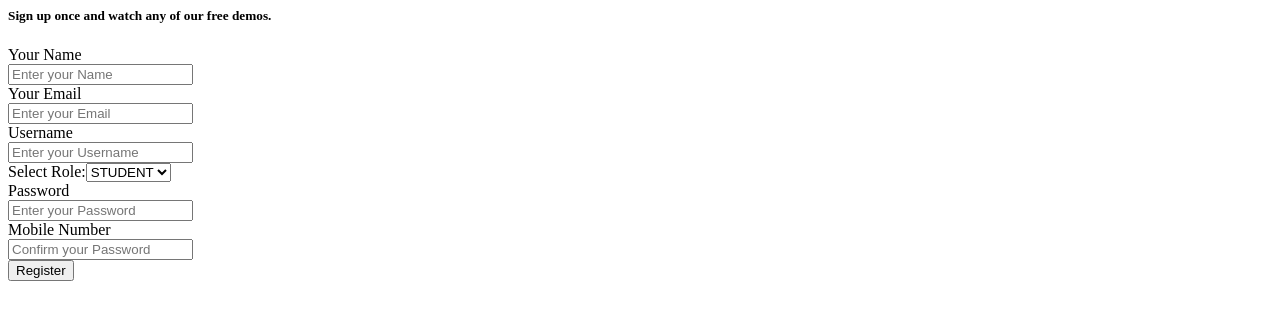
Repository: aneishkumar/AngularJS-Application
Page: Angularjs-Application-march16th/project2/WebContent/register.html
The author's editor kept a copy of each file at every save. The page is drawn from the files as they stood at one save, then again after the next save.
The browser window is 1280 px wide. The pictures show the whole page.

Above is the page before, as saved 2018-03-16 09:34:54.

### Angularjs-Application-march16th/project2/WebContent/register.html
<div class="container">
			<div class="row main">
				<div class="main-login main-center">
				<h5>Sign up once and watch any of our free demos.</h5>
					<form >

						<div class="form-group">
							<label for="name" class="cols-sm-2 control-label">Your Name</label>
							<div class="cols-sm-10">
								<div class="input-group">
									<span class="input-group-addon"><i class="fa fa-user fa" aria-hidden="true"></i></span>
									<input type="text" class="form-control" name="name" ng-model="user.name"  placeholder="Enter your Name"/>
								</div>
							</div>
						</div>

						<div class="form-group">
							<label for="email" class="cols-sm-2 control-label">Your Email</label>
							<div class="cols-sm-10">
								<div class="input-group">
									<span class="input-group-addon"><i class="fa fa-envelope fa" aria-hidden="true"></i></span>
									<input type="text" class="form-control" name="email" ng-model="user.emailid"  placeholder="Enter your Email"/>
								</div>
							</div>
						</div>

						<div class="form-group">
							<label for="username" class="cols-sm-2 control-label">Username</label>
							<div class="cols-sm-10">
								<div class="input-group">
									<span class="input-group-addon"><i class="fa fa-users fa" aria-hidden="true"></i></span>
									<input type="text" class="form-control" name="username" ng-model="user.username"  placeholder="Enter your Username"/>
								</div>
							</div>
						</div>
						 <div class="form-group">
						<label for="username" class="cols-sm-2 control-label">Select Role:</label><select ng-model=user.role>Student
						<option value="STUDENT">STUDENT
							<option value="ALUMINI">ALUMINI
						</select>
						</div>

						<div class="form-group">
							<label for="password" class="cols-sm-2 control-label">Password</label>
							<div class="cols-sm-10">
								<div class="input-group">
									<span class="input-group-addon"><i class="fa fa-lock fa-lg" aria-hidden="true"></i></span>
									<input type="password" class="form-control" name="password" ng-model="user.password"  placeholder="Enter your Password"/>
								</div>
							</div>
						</div>

						<div class="form-group">
							<label for="confirm" class="cols-sm-2 control-label">Mobile Number</label>
							<div class="cols-sm-10">
								<div class="input-group">
									<span class="input-group-addon"><i class="fa fa-lock fa-lg" aria-hidden="true"></i></span>
									<input type="password" class="form-control" name="confirm" ng-model="user.mobilenumber"  placeholder="Confirm your Password"/>
								</div>
							</div>
						</div>

						<div class="form-group ">
							<input type="submit" ng-click="adduser(user)" type="button" value="Register">
						</div>

					</form>
				</div>
			</div>
		</div>

After the next save:
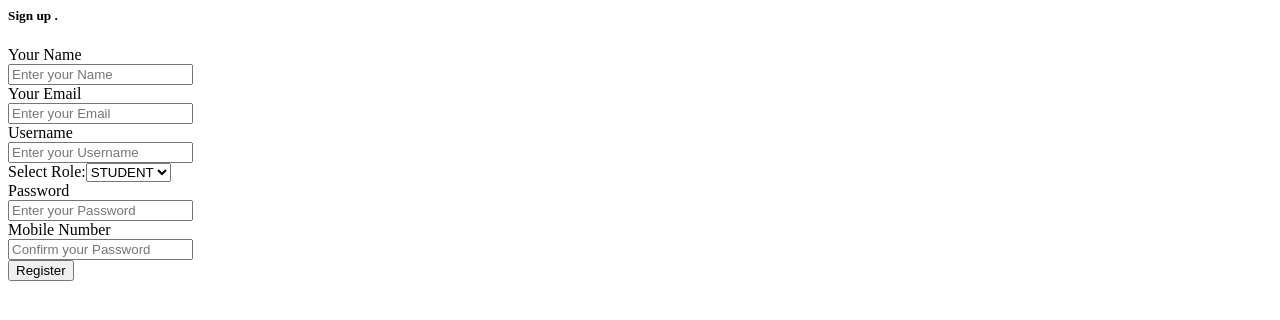
Saved 10 s later.
--- a/Angularjs-Application-march16th/project2/WebContent/register.html
+++ b/Angularjs-Application-march16th/project2/WebContent/register.html
@@ -1,7 +1,7 @@
 <div class="container">
 			<div class="row main">
 				<div class="main-login main-center">
-				<h5>Sign up once and watch any of our free demos.</h5>
+				<h5>Sign up .</h5>
 					<form >
 
 						<div class="form-group">
